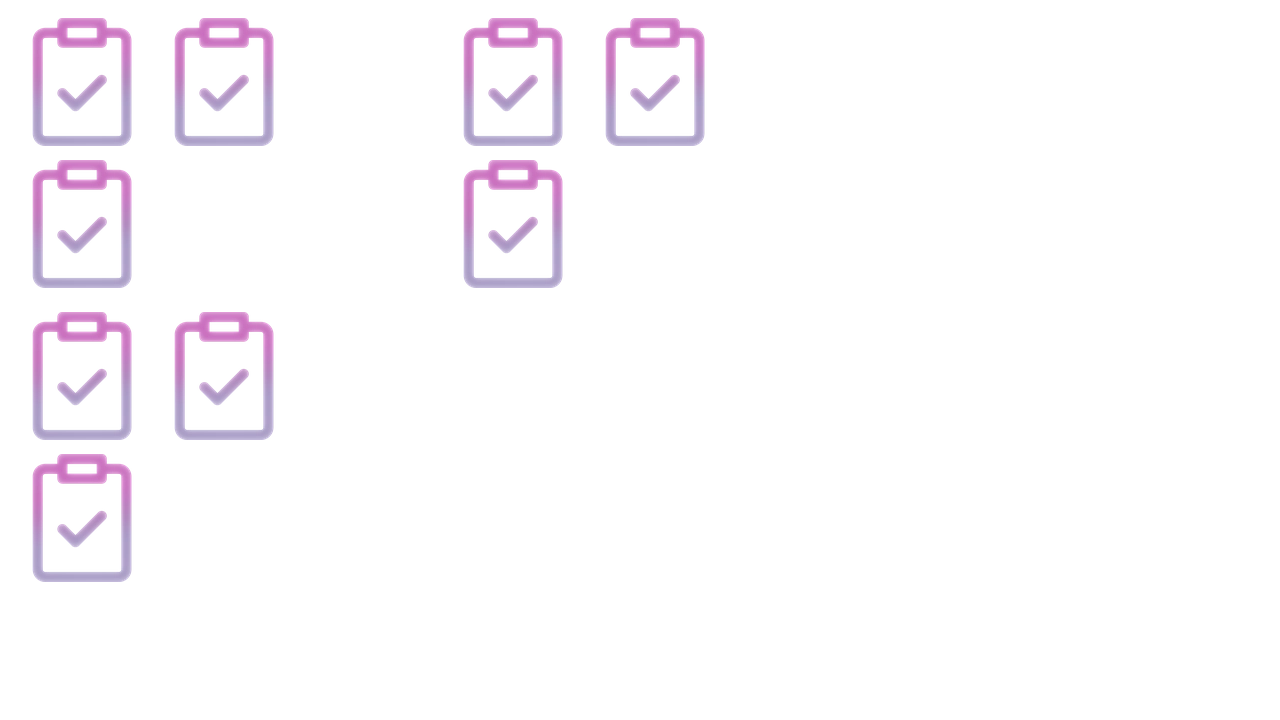
Repository: vichubenzene/-MWin_ui
Page: main.html
An editor plug-in stored every save of this project. The page is shown before and after the next save, followed by the edit.
The browser window is 1280 px wide. The pictures show the whole page.

Above is the page before, as saved 2022-10-08 21:13:05.

After the next save:
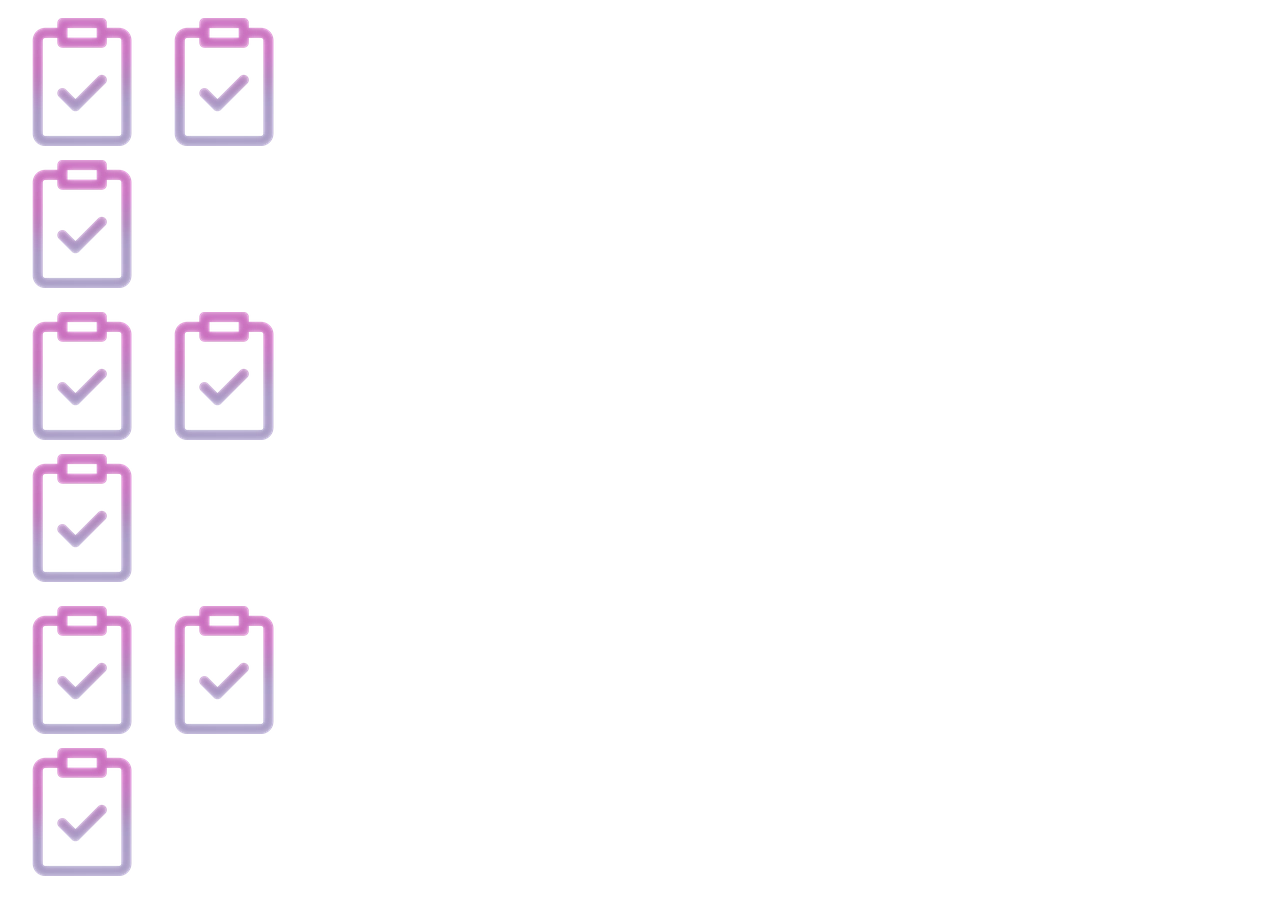
Saved 11 s later.
--- a/main.html
+++ b/main.html
@@ -46,22 +46,23 @@
             <img src="images/834541394987057242.png" alt="Snow" style="flex: 33.33%; padding: 5px">
             <img src="images/834541394987057242.png" alt="Snow" style="flex: 33.33%; padding: 5px">
         </div>
-        <div class="row">
-            <div class="column">
-                <img src="images/834541394987057242.png" alt="Snow" style="flex: 33.33%; padding: 5px">
-                <img src="images/834541394987057242.png" alt="Snow" style="flex: 33.33%; padding: 5px">
-                <img src="images/834541394987057242.png" alt="Snow" style="flex: 33.33%; padding: 5px">
+    </div>
+    <div class="row">
+        <div class="column">
+            <img src="images/834541394987057242.png" alt="Snow" style="flex: 33.33%; padding: 5px">
+            <img src="images/834541394987057242.png" alt="Snow" style="flex: 33.33%; padding: 5px">
+            <img src="images/834541394987057242.png" alt="Snow" style="flex: 33.33%; padding: 5px">
 
-            </div>
         </div>
-        <div class="row">
-            <div class="column">
-                <img src="images/834541394987057242.png" alt="Snow" style="flex: 33.33%; padding: 5px">
-                <img src="images/834541394987057242.png" alt="Snow" style="flex: 33.33%; padding: 5px">
-                <img src="images/834541394987057242.png" alt="Snow" style="flex: 33.33%; padding: 5px">
+    </div>
+    <div class="row">
+        <div class="column">
+            <img src="images/834541394987057242.png" alt="Snow" style="flex: 33.33%; padding: 5px">
+            <img src="images/834541394987057242.png" alt="Snow" style="flex: 33.33%; padding: 5px">
+            <img src="images/834541394987057242.png" alt="Snow" style="flex: 33.33%; padding: 5px">
 
-            </div>
         </div>
+    </div>
 
 </body>
 
